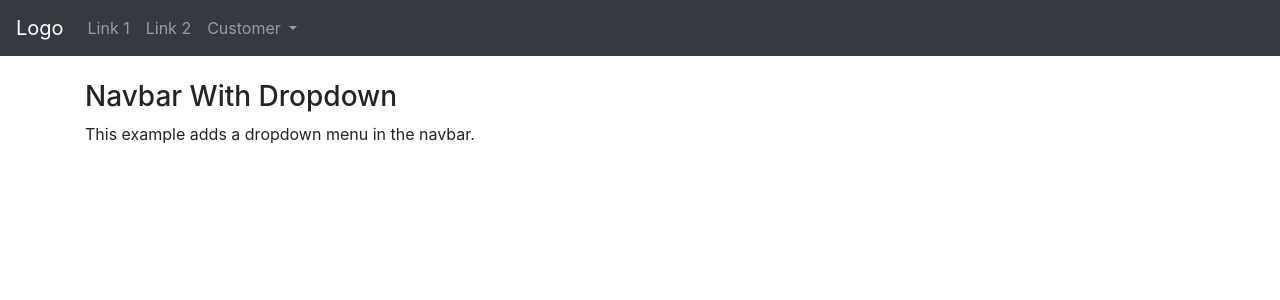
Repository: ParamMalik/Project-1
Page: http://localhost/projectcustomer/
An editor plug-in stored every save of this project. The page is shown before and after the next save, followed by the edit.
The browser window is 1280 px wide. The pictures show the whole page.
The page is served by Tomcat 9.

Above is the page before, as saved 2021-12-04 06:24:15.

After the next save:
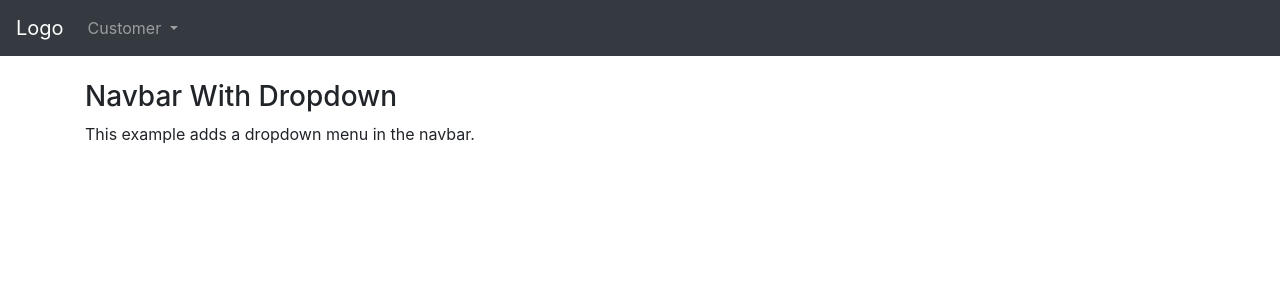
Saved 11 s later.
--- a/Trantor Project 1/projectcustomer/src/main/webapp/index.jsp
+++ b/Trantor Project 1/projectcustomer/src/main/webapp/index.jsp
@@ -22,8 +22,7 @@
 
 			<!-- Links -->
 			<ul class="navbar-nav">
-				<li class="nav-item"><a class="nav-link" href="#">Link 1</a></li>
-				<li class="nav-item"><a class="nav-link" href="#">Link 2</a></li>
+
 
 				<!-- Dropdown -->
 				<li class="nav-item dropdown"><a
